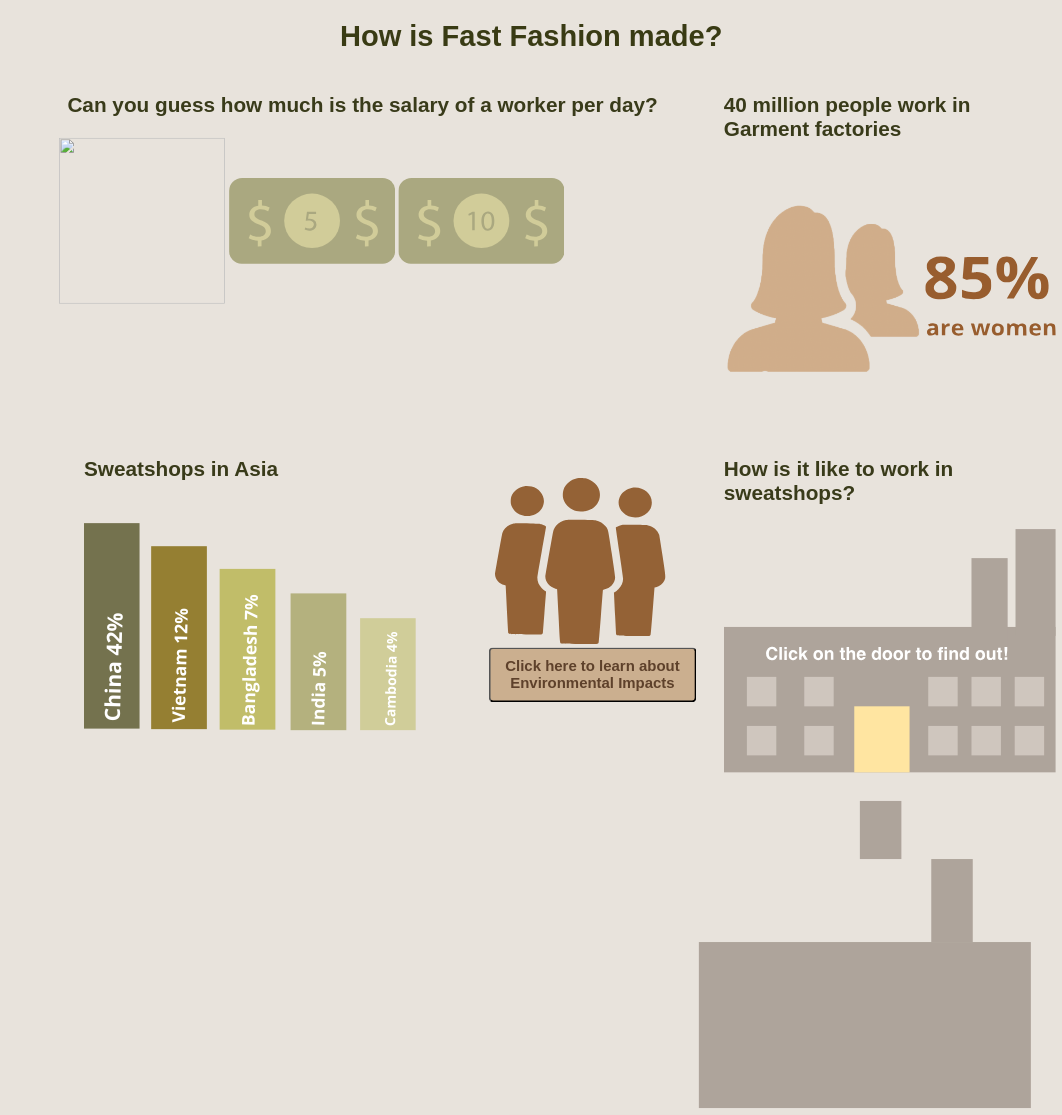
Repository: DevOfHockey/mdia-2190-midterm
Page: fashionlabor.html
These files come from the project's save history. The page is drawn as it stood at one moment and after the next save; the edit follows.
The browser window is 1280 px wide. The pictures show the whole page, at 83% of full size.

Above is the page before, as saved 2022-03-08 12:04:18.

After the next save:
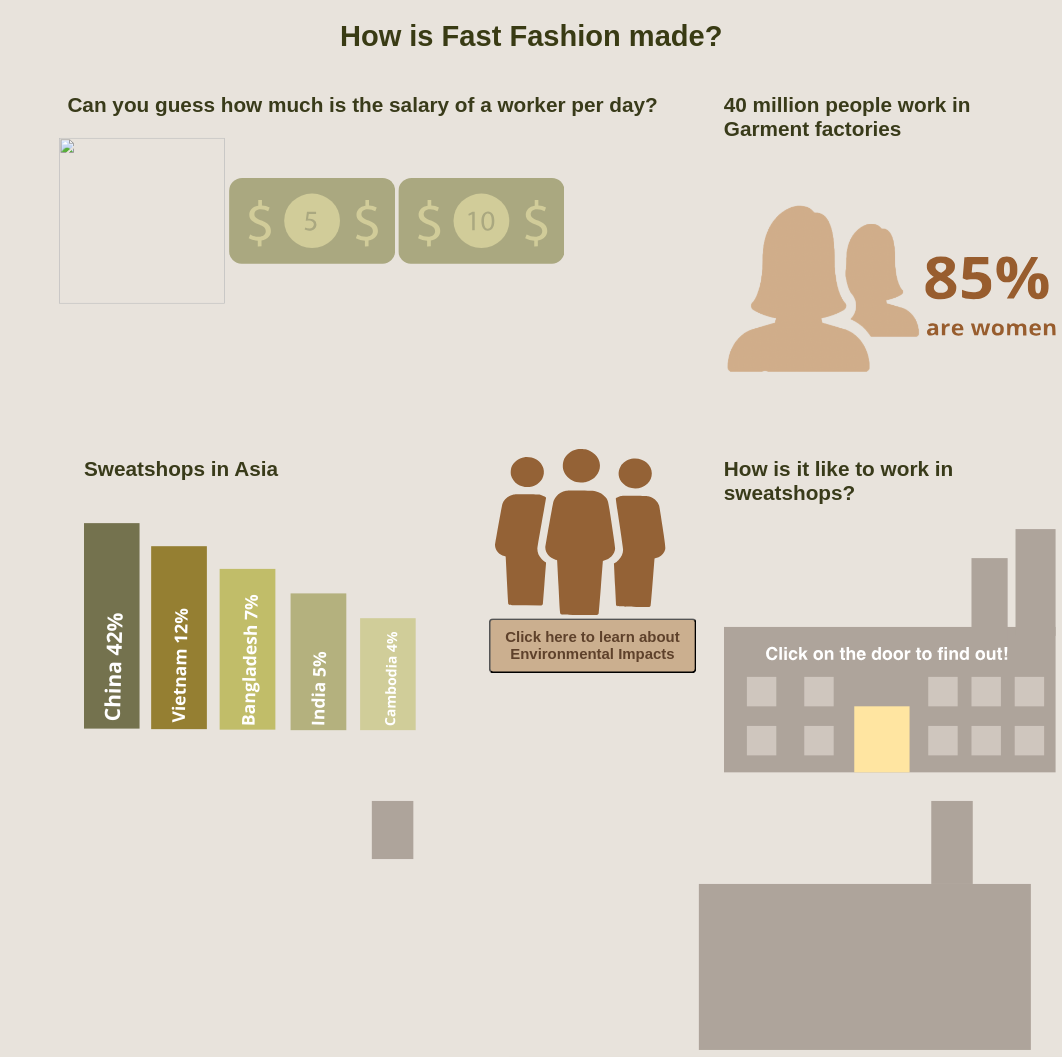
Saved 54 s later.
--- a/comps/sweatshopbox.js
+++ b/comps/sweatshopbox.js
@@ -16,8 +16,8 @@ template_sweatshop.innerHTML = `
         background-color: #AEA49B;
         width: 50px;
         height: 70px;
-        position: relative;
-        left: 45%;
+        position: fixed;
+        left: 35%;
     }
 
     .sweatshop {
